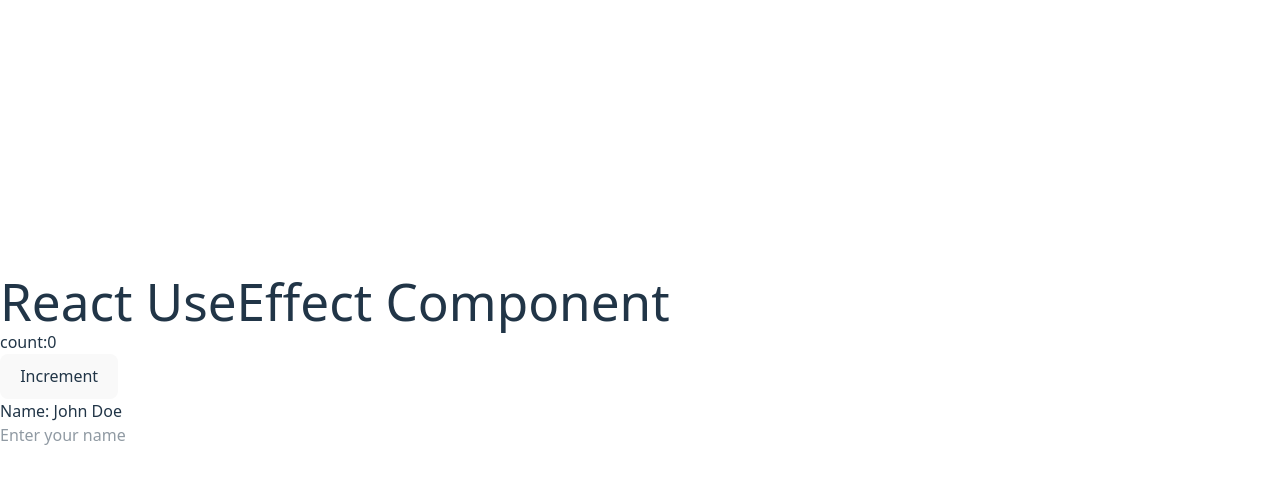
Repository: rushikesh-kolpe21/React_lectures
Page: / (app in React_bun/)
An editor plug-in stored every save of this project. The page is shown before and after the next save, followed by the edit.
The browser window is 1280 px wide. The pictures show the whole page.
The project was rebuilt for these pictures with package versions that can differ from the ones it lists, and the page was loaded fresh each time. Also part of the build but not shown: React_bun/vite.config.js, React_bun/src/components/DericedState.jsx, React_bun/src/components/EventProps.jsx, React_bun/src/components/SeriesCards.jsx, React_bun/src/components/Netflix.jsx, React_bun/src/components/Profile.jsx, React_bun/src/components/ToogleSwitch.jsx, React_bun/src/components/ShortCircuit.jsx and 6 more.

Above is the page before, as saved 2025-12-07 21:37:02.

### React_bun/src/main.jsx
import { StrictMode } from 'react'
import { createRoot } from 'react-dom/client'
import './index.css'
import {App} from './App.jsx'

createRoot(document.getElementById('root')).render(
  <StrictMode>
    <App />
  </StrictMode>,
)

### React_bun/src/App.jsx
import { DericedState } from "./components/DericedState";
import { EventProps } from "./components/EventProps";
import { Netflix } from "./components/Netflix";
import { Profile } from "./components/Profile";
import { ToogleSwitch } from "./components/ToogleSwitch";
import { ShortCircuitExample } from "./components/ShortCircuit";
import { Todo } from "./projects/Todo/Todo";
import { UseState } from "./components/hooks/UseState";
import { RegistrationForm } from "./components/hooks/RegistrationForm";
import { ReactUseEffect } from "./components/hooks/UseEffect/ReactUseEffect";

 export const App =()=> {

  const age = 17;

  return(
    <>
    {/* <Netflix/> */}
    {/* <Profile/> */}
    {/* <EventProps/> */}
    {/* <DericedState/> */}
    {/* <ToogleSwitch/> */}
    {/* <section>{<Todo />}</section> */}
    {/* <ShortCircuitExample /> */}
        {/* <UseState /> */}
        {/* <RegistrationForm /> */}
        <ReactUseEffect />
    </>
  )
}

### React_bun/src/components/hooks/UseEffect/ReactUseEffect.jsx
import { useState } from "react";

export const ReactUseEffect = () => {
    const [count, setCount] = useState(0);
    const [name, setName] = useState("");

    const handleInputChange = (event) => {
        setName(event.target.value);
    };
  return (
     <div>
        <h1>React UseEffect Component</h1>
        <p>
            count:<span>{count}</span>
        </p>
        <button onClick={() => setCount(count + 1)}>Increment</button>

        <p>
            Name: <span>John Doe</span>
        </p>

        <label >
            <input
            type="text" placeholder="Enter your name"
            value={name} name="name"
            onChange={handleInputChange}
            required
             />
        </label>
     </div>
    )
}

Loaded but not shown: React_bun/index.html (common file); React_bun/src/index.css (common file)

After the next save:
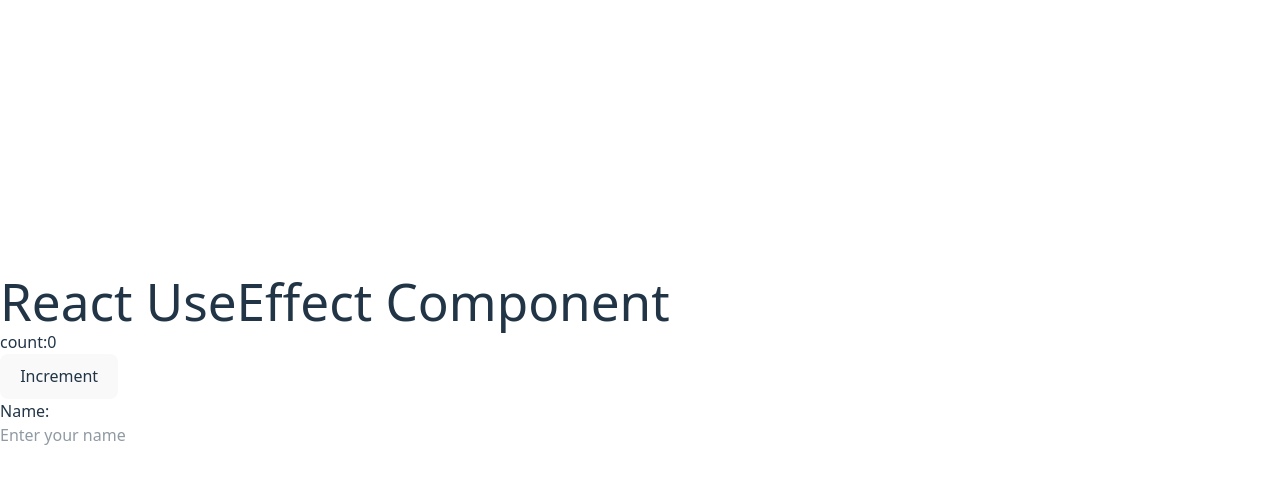
Saved 20 s later.
--- a/React_bun/src/components/hooks/UseEffect/ReactUseEffect.jsx
+++ b/React_bun/src/components/hooks/UseEffect/ReactUseEffect.jsx
@@ -16,7 +16,7 @@
         <button onClick={() => setCount(count + 1)}>Increment</button>
 
         <p>
-            Name: <span>John Doe</span>
+            Name: <span>{name}</span>
         </p>
 
         <label >
